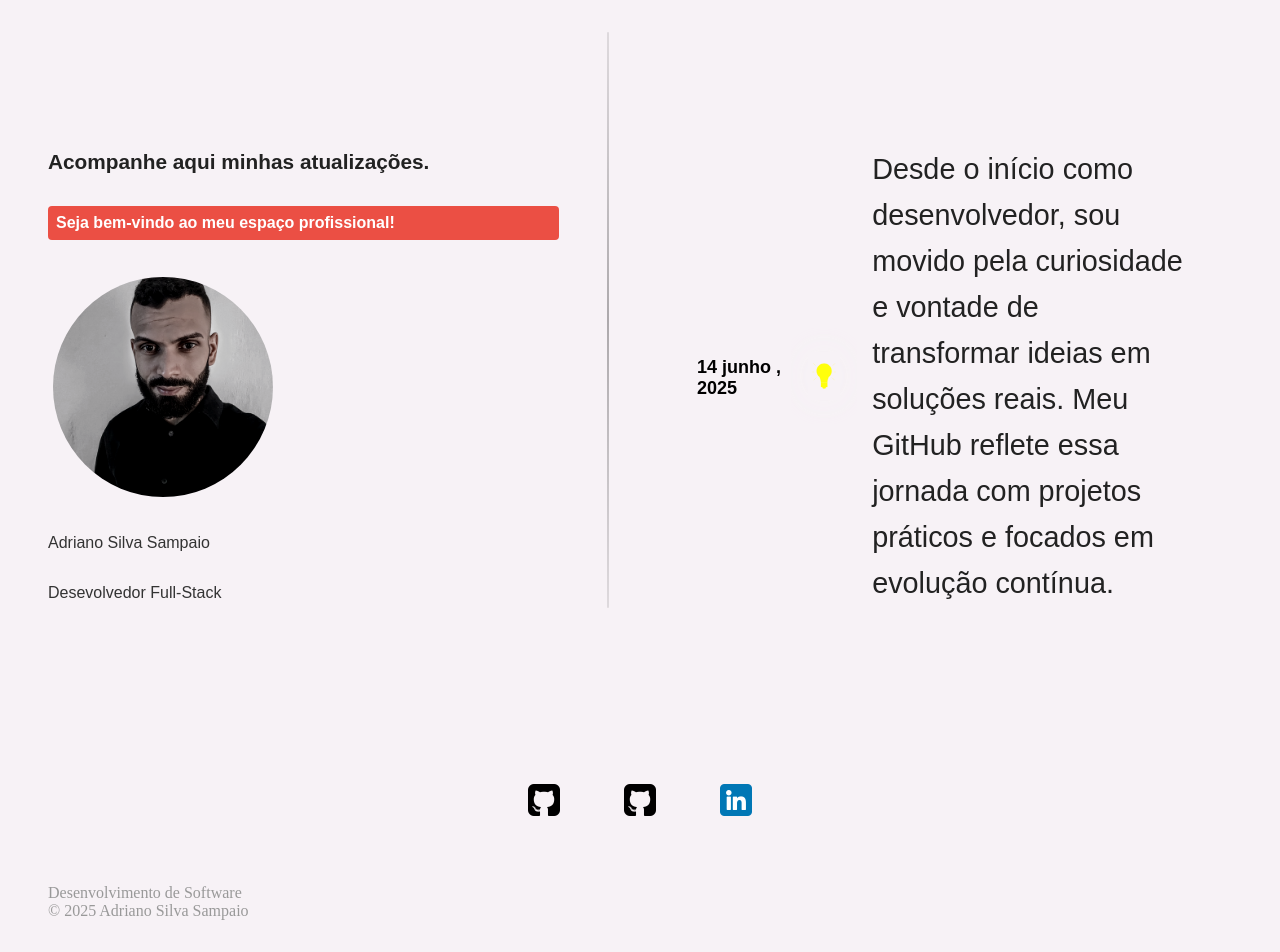
Repository: umdevadriano/portifolio2025
Page: /
The author's editor kept a copy of each file at every save. The page is drawn from the files as they stood at one save, then again after the next save.
The browser window is 1280 px wide. The pictures show the whole page.
The project was rebuilt for these pictures with package versions that can differ from the ones it lists, and the page was loaded fresh each time. Also part of the build but not shown: vite.config.ts.

Above is the page before, as saved 2025-06-29 21:32:33.

After the next save:
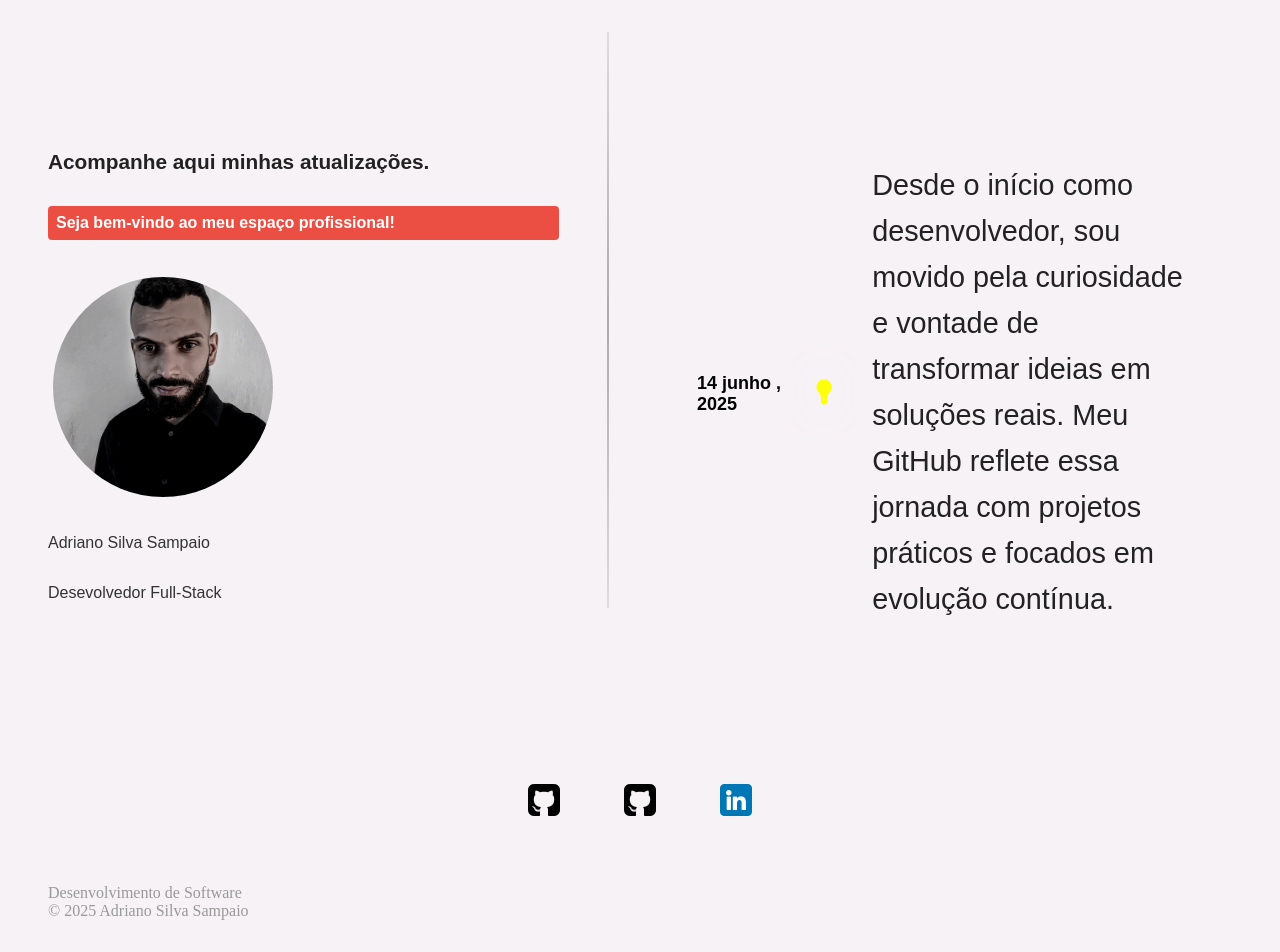
Saved 18 s later.
--- a/src/componentes/RightSide/RightSide.tsx
+++ b/src/componentes/RightSide/RightSide.tsx
@@ -8,7 +8,8 @@ function RightSide({ children }: Props){
         flex: 1;
         padding: 2rem;
         display: flex;
-        width: 100%
+        width: 100%;
+        height: 100%;
         /* flex-direction: column; */
         justify-content: center;
         align-items: center;
